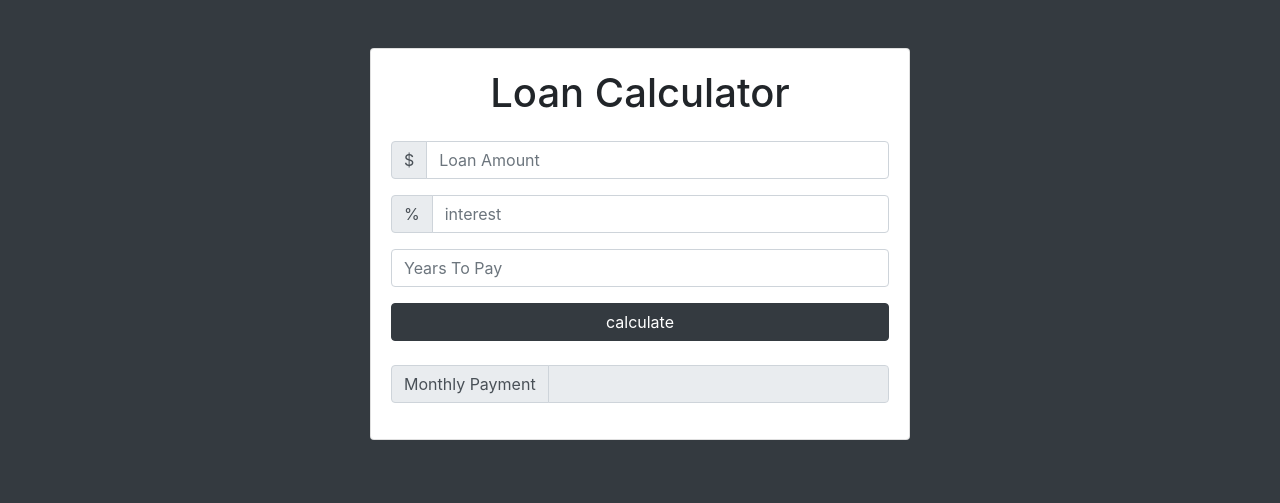
Repository: varun-project/LearningJs
Page: index.html
These files come from the project's save history. The page is drawn as it stood at one moment and after the next save; the edit follows.
The browser window is 1280 px wide. The pictures show the whole page.

Above is the page before, as saved 2019-07-28 17:22:13.

After the next save:
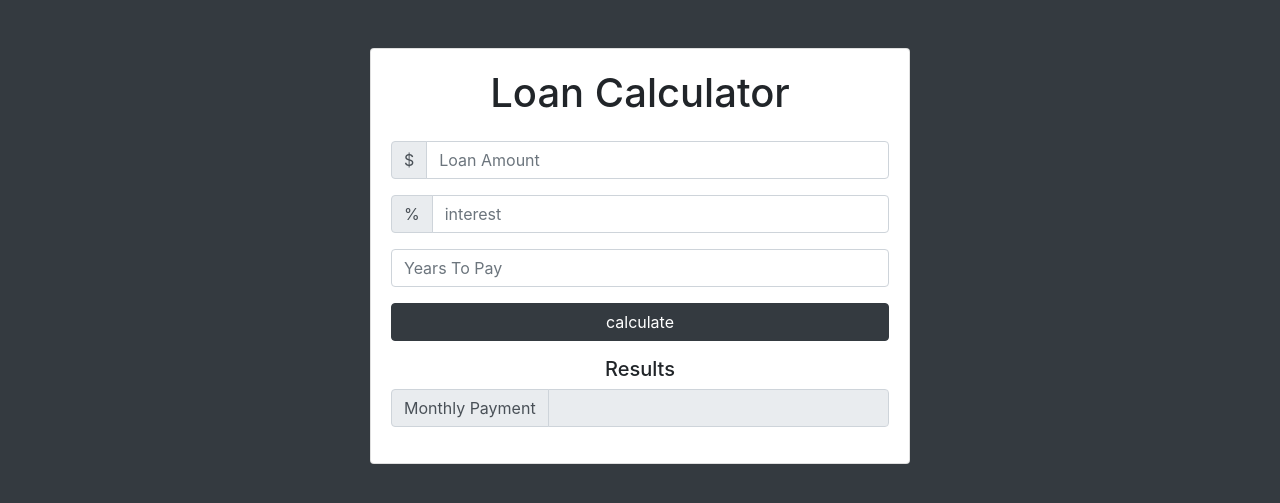
Saved 5 s later.
--- a/index.html
+++ b/index.html
@@ -70,7 +70,7 @@
             <!-- LOADER HERE -->
             <!-- RESULTS -->
             <div id="results">
-              <h5></h5>
+              <h5>Results</h5>
             <div class="form-group">
                 <div class="input-group">
                   <div class="input-group-prepend">
